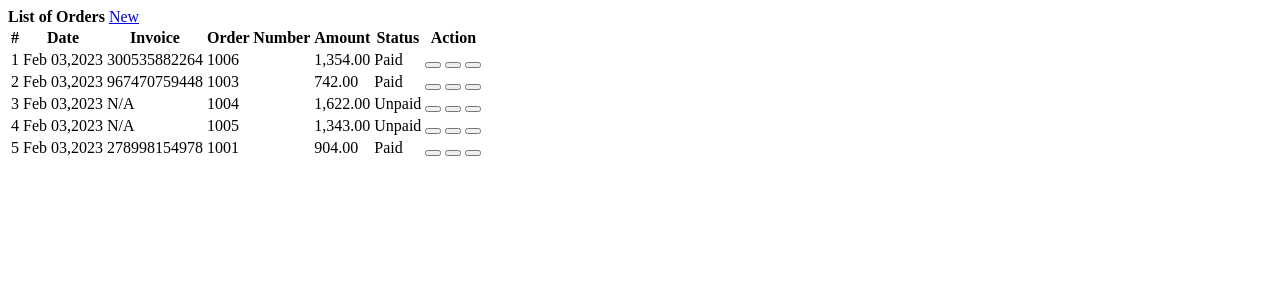
Repository: JyrossC/POS-PHP
Page: http://localhost/POS System/orders.php
The author's editor kept a copy of each file at every save. The page is drawn from the files as they stood at one save, then again after the next save.
The browser window is 1280 px wide. The pictures show the whole page.
The page is run by PHP 8.4 with error messages shown; the project is at /var/www/html/. The database holds what the project's SQL file puts in it.

Above is the page before, as saved 2024-09-04 12:56:36.
Console error: ReferenceError: $ is not defined

### POS System/orders.php
<?php include('db_connect.php');?>
<style>
	input[type=checkbox]
{
  /* Double-sized Checkboxes */
  -ms-transform: scale(1.3); /* IE */
  -moz-transform: scale(1.3); /* FF */
  -webkit-transform: scale(1.3); /* Safari and Chrome */
  -o-transform: scale(1.3); /* Opera */
  transform: scale(1.3);
  padding: 10px;
  cursor:pointer;
}
</style>
<div class="container-fluid">

	<div class="col-lg-12">
		<div class="row mb-4 mt-4">
			<div class="col-md-12">

			</div>
		</div>
		<div class="row">
			<!-- FORM Panel -->

			<!-- Table Panel -->
			<div class="col-md-12">
				<div class="card">
					<div class="card-header">
						<b>List of Orders </b>

						<span class="float:right"><a class="btn btn-primary btn-sm col-sm-2 float-right" href="billing/index.php" id="new_order">
					<i class="fa fa-plus"></i> New
				</a></span>

					</div>
					<div class="card-body">
						<table class="table table-hover">
							<thead>
								<tr>
									<th>#</th>
									<th>Date</th>
									<th>Invoice</th>
									<th>Order Number</th>
									<th>Amount</th>
									<th>Status</th>
									<th>Action</th>
								</tr>
							</thead>
							<tbody>
								<?php
								$i = 1;
								$order = $conn->query("SELECT * FROM orders order by unix_timestamp(date_created) desc ");
								while($row=$order->fetch_assoc()):
								?>
								<tr class="text-center "">
									<td class="text-center"><?php echo $i++ ?></td>
									<td>
										<p> <?php echo date("M d,Y",strtotime($row['date_created'])) ?></p>
									</td>
									<td>
										<p> <?php echo $row['amount_tendered'] > 0 ? $row['ref_no'] : 'N/A' ?></p>
									</td>
									<td>
										<p><?php echo $row['order_number'] ?></p>
									</td>
									<td>
										<p class="text-right"> <?php echo number_format($row['total_amount'],2) ?></p>
									</td>
									<td class="text-center">
										<?php if($row['amount_tendered'] > 0): ?>
											<span class="badge badge-success">Paid</span>
										<?php else: ?>
											<span class="badge badge-primary">Unpaid</span>
										<?php endif; ?>
									</td>
									<td class="text-center">
										<button class="btn btn-sm btn-primary " type="button" onclick="location.href='billing/index.php?id=<?php echo $row['id'] ?>'" data-id="<?php echo $row['id'] ?>" ><i class="fa fa-edit"></i></button>
										<button class="btn btn-sm btn-info view_order" type="button" data-id="<?php echo $row['id'] ?>"><i class="fa fa-eye"></i></button>
										<button class="btn btn-sm btn-danger delete_order" type="button" data-id="<?php echo $row['id'] ?>"><i class="fa fa-trash-alt"></i></button>
									</td>
								</tr>
								<?php endwhile; ?>
							</tbody>
						</table>
					</div>
				</div>
			</div>
			<!-- Table Panel -->
		</div>
	</div>

</div>
<style>

	td{
		vertical-align: middle !important;
	}
	td p{
		margin: unset
	}
	img{
		max-width:100px;
		max-height:150px;
	}
</style>
<script>
	$(document).ready(function(){
		$('table').dataTable()
	})
	$('#new_order').click(function(){
		uni_modal("New order ","billing/index.php","mid-large")

	})
	$('.view_order').click(function(){
		uni_modal("Order  Details","view_order.php?id="+$(this).attr('data-id'),"mid-large")

	})
	$('.delete_order').click(function(){
		_conf("Are you sure to delete this order ?","delete_order",[$(this).attr('data-id')])
	})
	function delete_order($id){
		start_load()
		$.ajax({
			url:'ajax.php?action=delete_order',
			method:'POST',
			data:{id:$id},
			success:function(resp){
				if(resp==1){
					alert_toast("Data successfully deleted",'success')
					setTimeout(function(){
						location.reload()
					},1500)

				}
			}
		})
	}
</script>

### POS System/db_connect.php
<?php

$conn= new mysqli('localhost','root','','shop_pos')or die("Could not connect to mysql".mysqli_error($con));

?>

### database/pos.sql (the tables this page reads)
CREATE TABLE `orders` (
  `id` int(11) NOT NULL,
  `ref_no` varchar(50) NOT NULL,
  `total_amount` float NOT NULL,
  `amount_tendered` float NOT NULL,
  `order_number` int(30) NOT NULL,
  `date_created` datetime NOT NULL DEFAULT current_timestamp()
) ENGINE=InnoDB DEFAULT CHARSET=utf8mb4;

INSERT INTO `orders` (`id`, `ref_no`, `total_amount`, `amount_tendered`, `order_number`, `date_created`) VALUES
(1, '278998154978', 904, 1000, 1001, '2023-02-03 19:17:03'),
(2, '091428583362', 1343, 0, 1005, '2023-02-03 19:17:34'),
(3, '543076159999', 1622, 0, 1004, '2023-02-03 19:17:56'),
(4, '967470759448', 742, 1000, 1003, '2023-02-03 19:20:26'),
(5, '300535882264', 1354, 1400, 1006, '2023-02-03 20:12:43');

ALTER TABLE `orders`
  ADD PRIMARY KEY (`id`);

ALTER TABLE `orders`
  MODIFY `id` int(11) NOT NULL AUTO_INCREMENT, AUTO_INCREMENT=6;

After the next save:
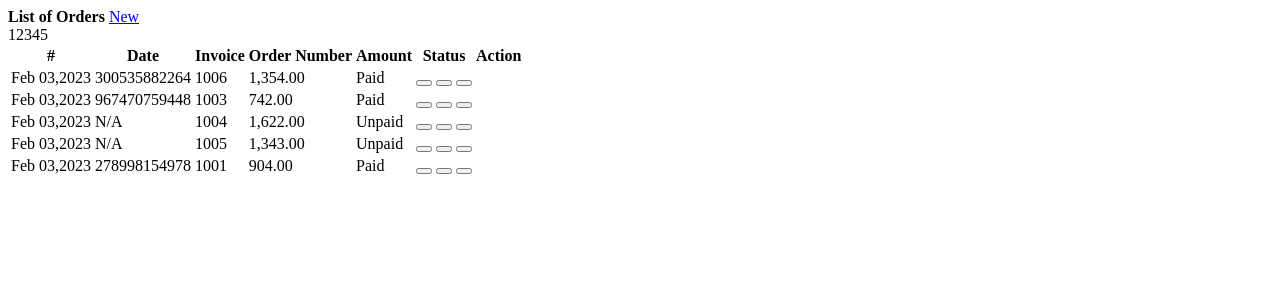
Saved 5 s later.
--- a/POS System/orders.php
+++ b/POS System/orders.php
@@ -53,7 +53,7 @@
 								$order = $conn->query("SELECT * FROM orders order by unix_timestamp(date_created) desc ");
 								while($row=$order->fetch_assoc()):
 								?>
-								<tr class="text-center "">
+								<tr class="text-center>
 									<td class="text-center"><?php echo $i++ ?></td>
 									<td>
 										<p> <?php echo date("M d,Y",strtotime($row['date_created'])) ?></p>
